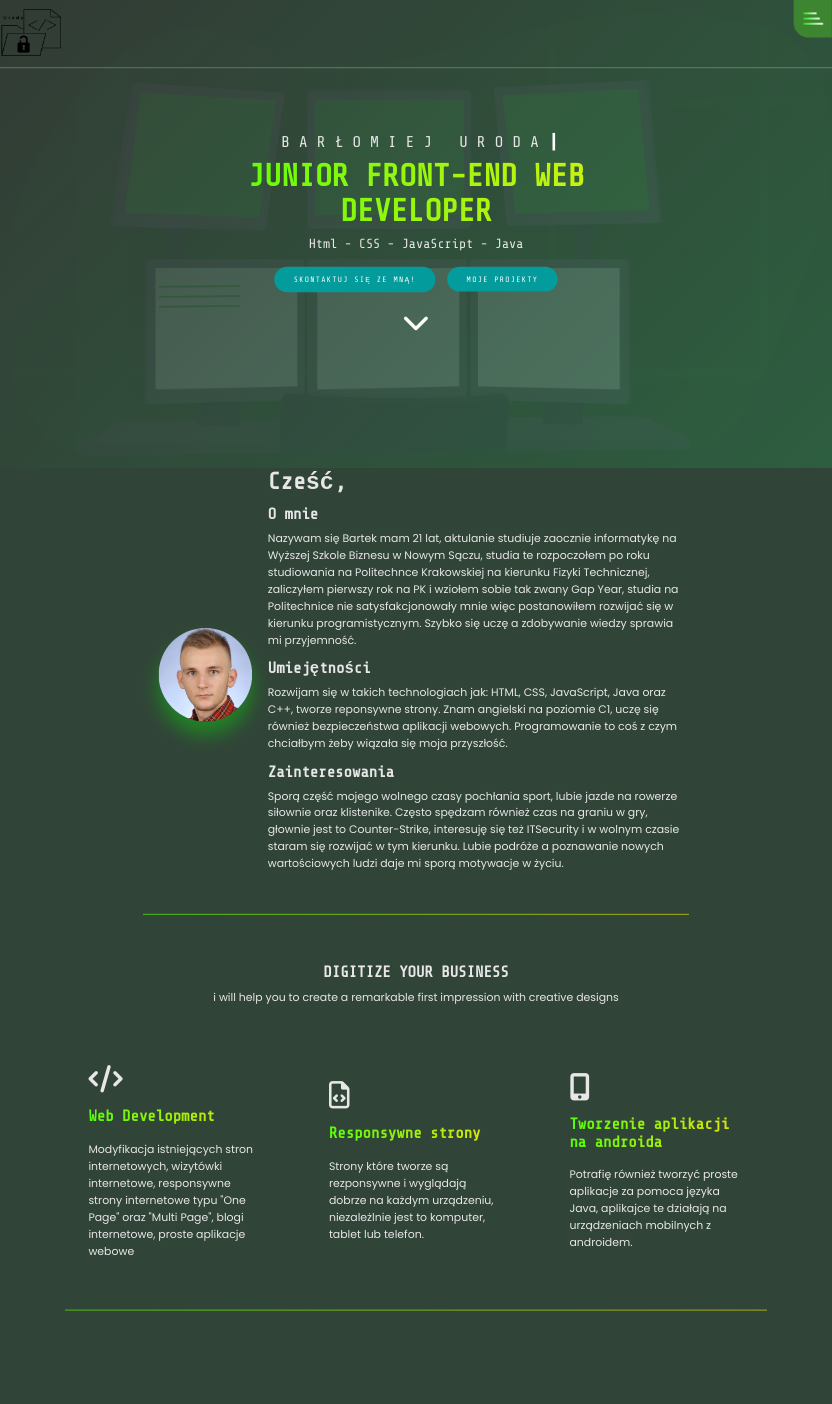
Repository: BartekUroda/portfolio
Page: index.html
These files come from the project's save history. The page is drawn as it stood at one moment and after the next save; the edit follows.
The browser window is 1280 px wide. The pictures show the whole page, at 65% of full size.
Some web libraries are served in a nearby version.

Above is the page before, as saved 2020-10-27 21:22:19.

After the next save:
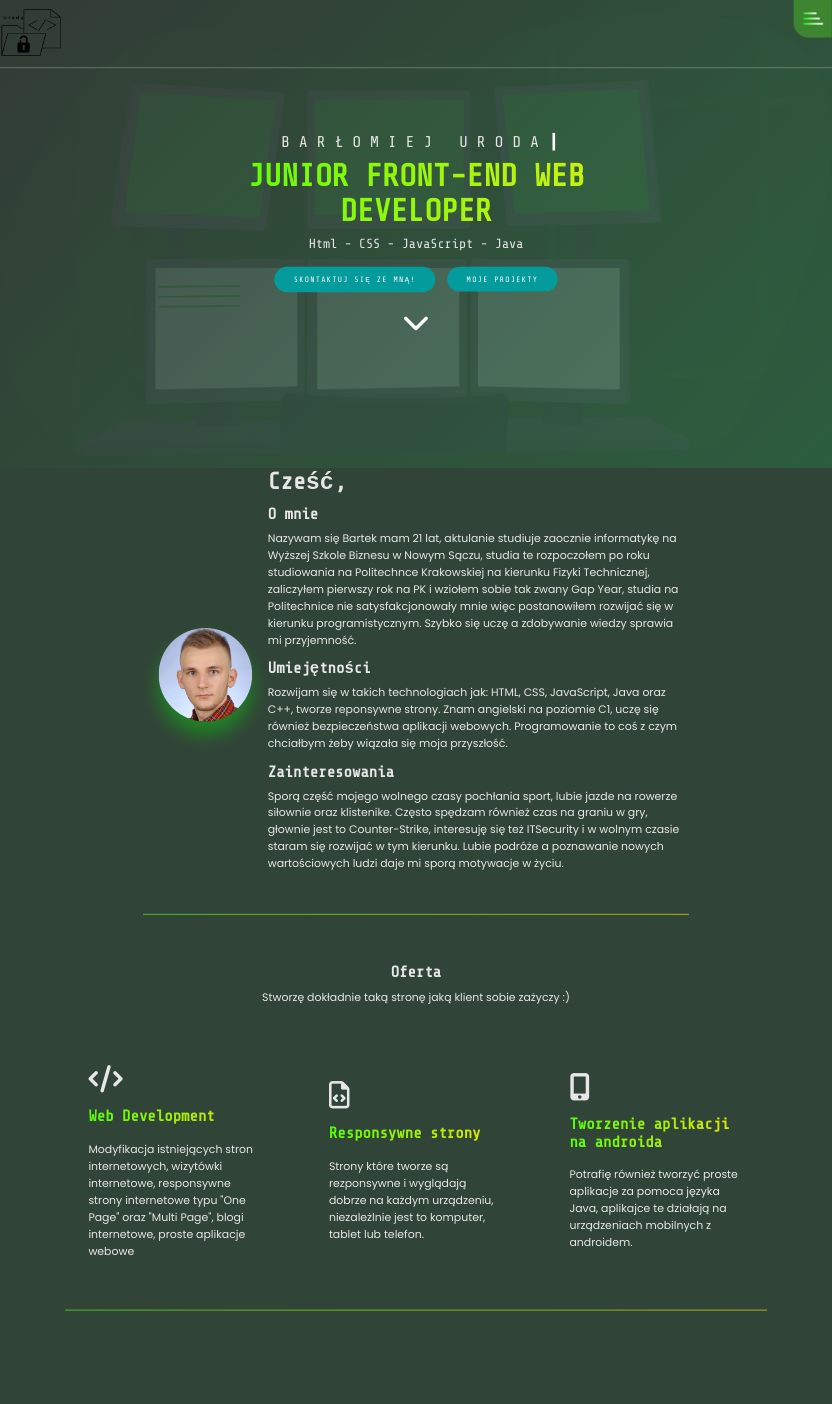
Saved 99 s later.
--- a/index.html
+++ b/index.html
@@ -124,10 +124,9 @@
       <section id="services" class="services">
         <div class="container">
           <div class="title-heading">
-            <h2>DIGITIZE YOUR BUSINESS</h2>
+            <h2>Oferta</h2>
             <p>
-              i will help you to create a remarkable first impression with
-              creative designs
+              Stworzę dokładnie taką stronę jaką klient sobie zażyczy :)
             </p>
           </div>
           <div class="service-tiers">
